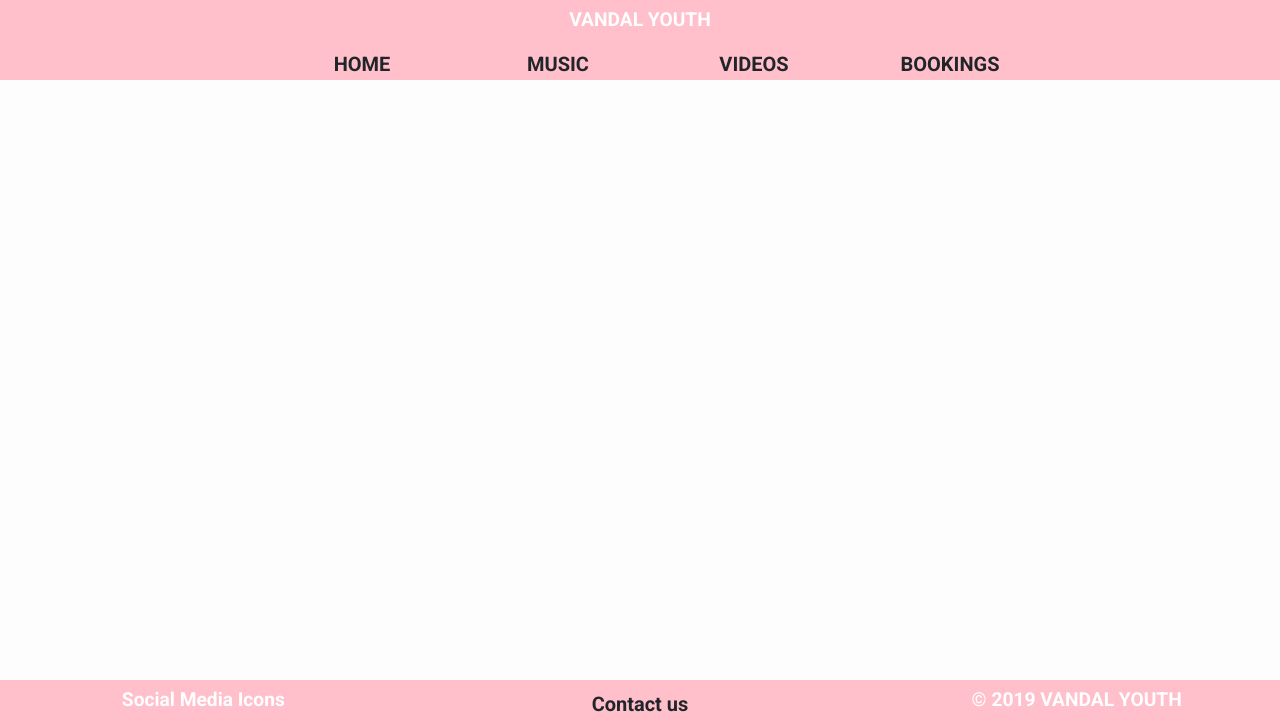
Repository: dof-bull/ci_milestone_project_1_Vandal_Youth
Page: index.html
The author's editor kept a record of every edit. The page is drawn from the files as they stood at one moment, then again after the next edit.
The browser window is 1280 px wide. The pictures show the whole page.

Above is the page before.

After the next edit:
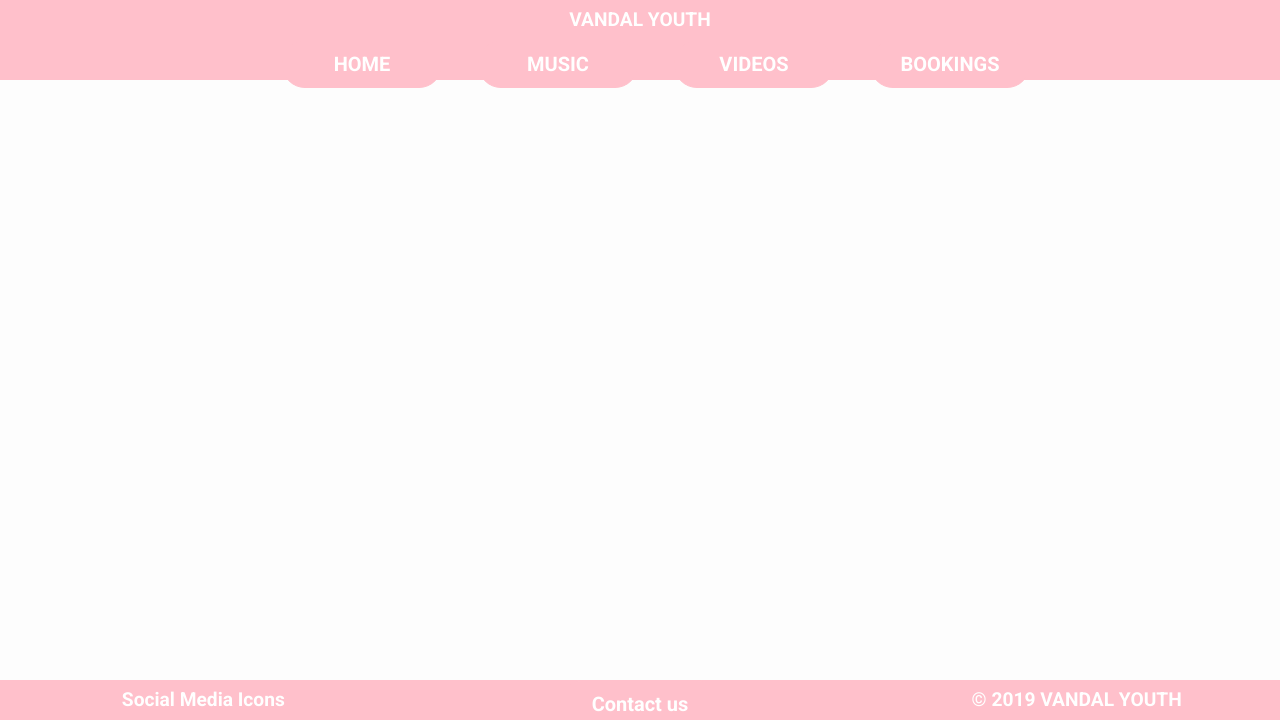
The edit:
--- a/assets/css/style.css
+++ b/assets/css/style.css
@@ -93,7 +93,7 @@
     width: 160px;
 }
 
-.btn--red {
+.btn--pink {
     color: white;
     background-color: pink;
     border-color: pink;
